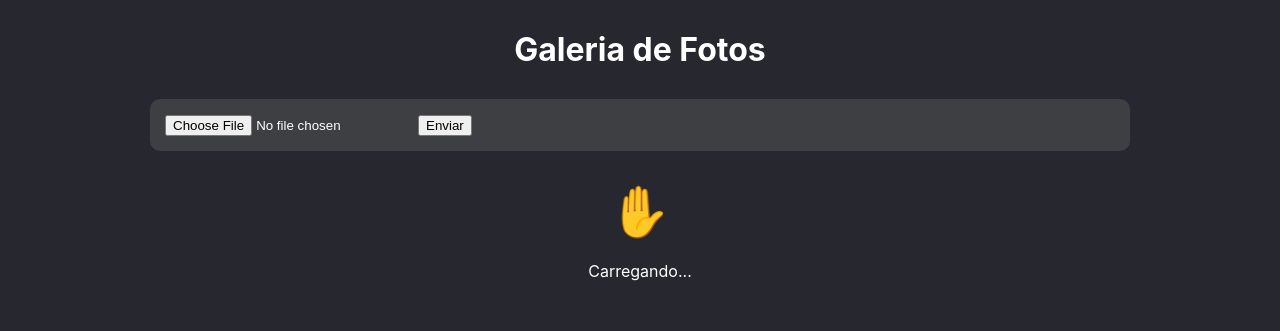
Repository: coderlucianasena/photo-gallery
Page: /
The author's editor kept a copy of each file at every save. The page is drawn from the files as they stood at one save, then again after the next save.
The browser window is 1280 px wide. The pictures show the whole page.
The page's requests for data from a server got no answer. The project was rebuilt for these pictures with package versions that can differ from the ones it lists, and the page was loaded fresh each time. No one was signed in, and anything a server would have sent is missing. Imported but missing from the stored project, and not drawn on this page: src/components/PhotoItem.

Above is the page before, as saved 2023-02-26 16:15:23.

### src/App.tsx
import { useState, useEffect } from 'react';
import * as C from './App.styles';
import * as Photos from './services/photos';
import { Photo } from './types/Photo';
import { PhotoItem } from './components/PhotoItem';

const App = () => {
  const [loading, setLoading] = useState(false);
  const [photos, setPhotos] = useState<Photo[]>([]);

  useEffect(() => {
    const getPhotos = async () => {
      setLoading(true);
      setPhotos(await Photos.getAll());
      setLoading(false);
    }
    getPhotos();
  }, []);

  const handleFormSubmit = () => {

  }

  return (
    <C.Container>
      <C.Area>
        <C.Header>Galeria de Fotos</C.Header>

        <C.UploadForm method="POST" onSubmit={handleFormSubmit}>
          <input type="file" name="image" />
          <input type="submit" value="Enviar" />

        </C.UploadForm>

        {loading &&
          <C.ScreenWarning>
            <div className="emoji">✋</div>
            <div>Carregando...</div>
          </C.ScreenWarning>
        }

        {!loading && photos.length > 0 &&
          <C.PhotoList>
            {photos.map((item, index) => (
              <PhotoItem key={index} url={item.url} name={item.name} />
            ))}
          </C.PhotoList>
        }

        {!loading && photos.length === 0 &&
          <C.ScreenWarning>
            <div className="emoji">😞</div>
            <div>Não há fotos cadastradas.</div>
          </C.ScreenWarning>
        }
      </C.Area>
    </C.Container>
  );
}

export default App;

### src/App.styles.ts
import styled from "styled-components";

export const Container = styled.div`
    background-color: #27282F;
    color: #FFF;
    min-height: 100vh;
    `;

export const Area = styled.div`
    margin: auto;
    max-width: 980px;
    padding: 30px 0;
`;

export const Header = styled.h1`
    margin: 0;
    padding: 0;
    text-align: center;
    margin-bottom: 30px;
`;

export const ScreenWarning = styled.div`
    text-align: center;

    .emoji {
        font-size: 50px;
        margin-bottom: 20px;
    }
`;

export const PhotoList = styled.div`
    display: grid;
    grid-template-columns: repeat(4, 1fr);
    gap: 10px;
`;

export const UploadForm = styled.form`
    background-color: #3D3F43;
    padding: 15px;
    border-radius: 10px;
    margin-bottom: 30px;
`;

### src/services/photos.ts
import { Photo } from '../types/Photo';
import { storage } from '../libs/firebase';
import { ref, listAll, getDownloadURL } from 'firebase/storage';

export const getAll = async () => {
    let list: Photo[] = [];

    const imagesFolder = ref(storage, "images");
    const photoList = await listAll(imagesFolder);

    for (let i in photoList.items) {
        let photoUrl = await getDownloadURL(photoList.items[i]);

        list.push({
            name: photoList.items[i].name,
            url: photoUrl,
        });
    }
    return list;
}

### src/libs/firebase.ts
import { initializeApp } from 'firebase/app';
import { getStorage } from 'firebase/storage';

const firebaseConfig = {
    apiKey: process.env.REACT_APP_FIREBASE_APIKEY,
    authDomain: process.env.REACT_APP_FIREBASE_AUTHDOMAIN,
    projectId: process.env.REACT_APP_FIREBASE_PROJECTID,
    storageBucket: process.env.REACT_APP_FIREBASE_STORAGEBUCKET,
    messagingSenderId: process.env.REACT_APP_FIREBASE_MESSEAGINGSENDERID,
    appId: process.env.REACT_APP_FIREBASE_APPID,
    measurementId:process.env.REACT_APP_FIREBASE_MEASUREMENTID
};

const firebaseApp = initializeApp(firebaseConfig);

export const storage = getStorage(firebaseApp);

Loaded but not shown: public/index.html (common file); src/index.tsx (common file); src/index.css (common file); src/reportWebVitals.ts (common file)

After the next save:
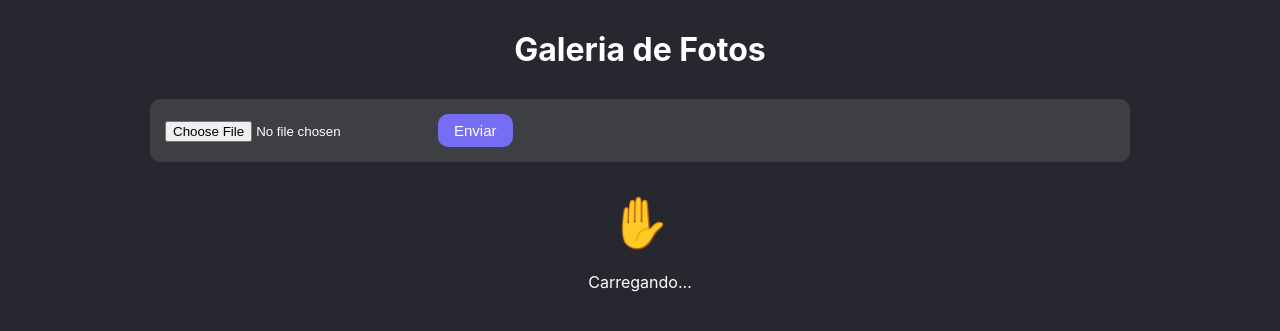
Saved 4 min 50 s later.
--- a/src/App.styles.ts
+++ b/src/App.styles.ts
@@ -39,4 +39,15 @@ export const UploadForm = styled.form`
     padding: 15px;
     border-radius: 10px;
     margin-bottom: 30px;
+
+    input[type=submit] {
+        background-color: #756DF4;
+        border: 0;
+        color: #FFF;
+        padding: 8px 16px;
+        font-size: 15px;
+        border-radius: 10px;
+        margin: 0 20px;
+        cursor: pointer;
+    }
 `;
